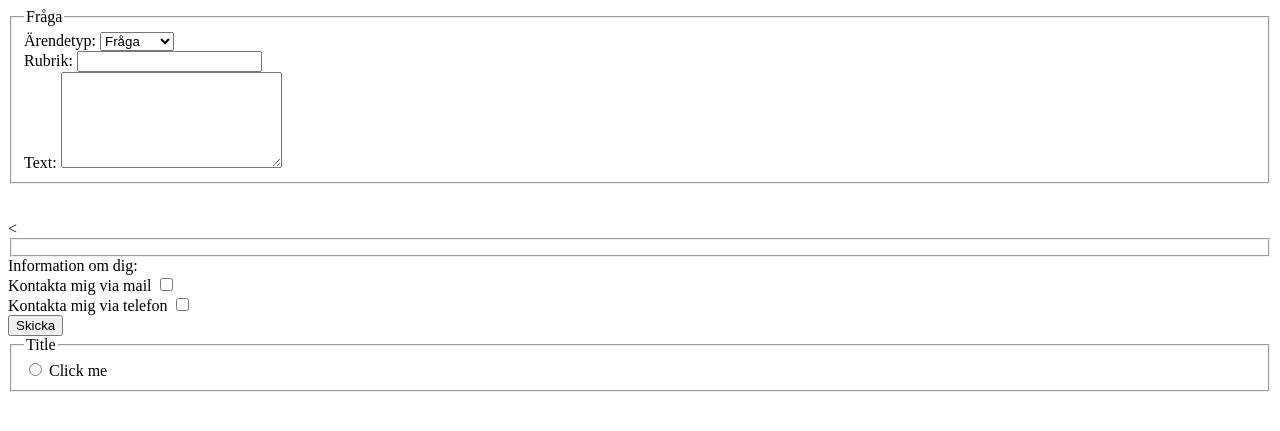
Repository: ma223md/1ik415
Page: Pages/kontakt.html
The author's editor kept a record of every edit. The page is drawn from the files as they stood at one moment, then again after the next edit.
The browser window is 1280 px wide. The pictures show the whole page.

Above is the page before.

### Pages/kontakt.html
<!DOCTYPE html>
<html>
    <head>
        <title>Kontakt</title>
        <meta charset="UTF-8">
        <!-- Gör så att svenska bokstäver visas korrekt -->
    </head>
    <body>
        <form method="post">
        <fieldset>
            <legend>Fråga</legend>
            Ärendetyp:
            <select name="errand">
                <option value="question">Fråga</option>
                <option value="greeting">Hälsning</option>
                <option value="other">Övrigt</option>
            </select>
            <br>
            Rubrik: <input type="text" name="headline"><br>
            Text: <textarea  name="comments" cols="25" rows="6"></textarea>
        </fieldset>
        <br>
        <br>
        <<fieldset>

        </fieldset>
        Information om dig:<br>
        Kontakta mig via mail <input type="checkbox" name="contact" value="mail"><br>
        Kontakta mig via telefon <input type="checkbox" name="contact" value="phone"><br>
        <input type="submit" value="Skicka" name="submit">
        </form>

        <form action="test.php" method="post">
            <fieldset>
                <legend>Title</legend>
                <input type="radio" name="radio" id="radio"> <label for="radio">Click me</label>
            </fieldset>
        </form>
    </body>
</html>

After the next edit:
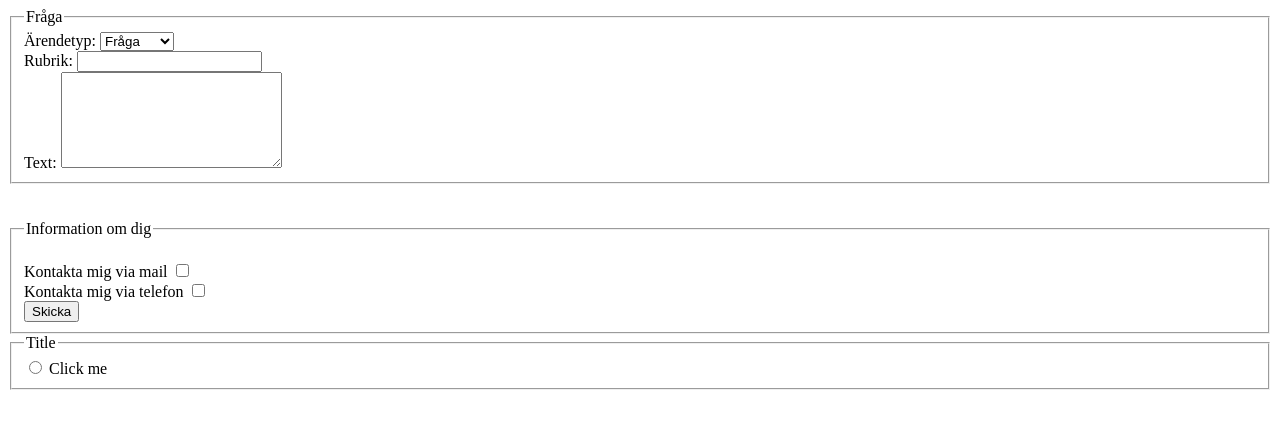
The edit:
--- a/Pages/kontakt.html
+++ b/Pages/kontakt.html
@@ -21,13 +21,13 @@
         </fieldset>
         <br>
         <br>
-        <<fieldset>
-
-        </fieldset>
-        Information om dig:<br>
+        <fieldset>
+        <legend>Information om dig</legend><br>
         Kontakta mig via mail <input type="checkbox" name="contact" value="mail"><br>
         Kontakta mig via telefon <input type="checkbox" name="contact" value="phone"><br>
         <input type="submit" value="Skicka" name="submit">
+        </fieldset>
+
         </form>
 
         <form action="test.php" method="post">
